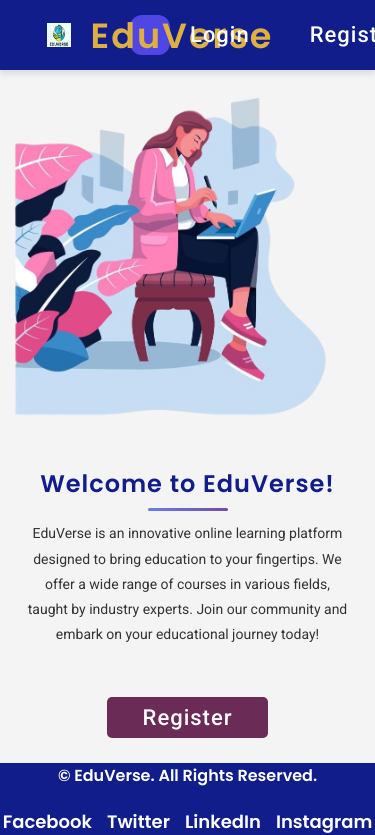
Repository: aviralsaxena16/Eduverse-Elearning-Platform
Page: /
An editor plug-in stored every save of this project. The page is shown before and after a run of saves, followed by the edit.
The browser window is 375 px wide. The pictures show the whole page.
The project was rebuilt for these pictures with package versions that can differ from the ones it lists, and the page was loaded fresh each time. Also part of the build but not shown: vite.config.js, src/pages/LoginPage/Logout.css, src/pages/LoginPage/Logout.jsx, src/components/Side/Sidebar.css, src/components/Side/Sidebar.jsx, src/components/Navbar2/Navbar2.jsx, src/pages/MainPage/BotPage.jsx, src/pages/MainPage/MainPage.jsx and 19 more. Imported but missing from the stored project, and not drawn on this page: src/config.js, src/pages/Profile/ProfilePic.

Above is the page before, as saved 2025-03-21 18:01:52.

### index.html
<!doctype html>
<html lang="en">
  <head>
    <meta charset="UTF-8" />
    <link rel="icon" type="image/svg+xml" href="https://files.oaiusercontent.com/file-NUiUzAsg2Rnv5fLjRKBuEV?se=2025-01-03T04%3A50%3A28Z&sp=r&sv=2024-08-04&sr=b&rscc=max-age%3D604800%2C%20immutable%2C%20private&rscd=attachment%3B%20filename%3D9718d2ac-9ef9-426d-92ea-ecf0daa195a5.webp&sig=QLeTMO/ZWDLyk/UBXh9xFU5B15z5Ib/wuNILqFuiQV8%3D" />
    <meta name="viewport" content="width=device-width, initial-scale=1.0" />
    <link href="https://fonts.googleapis.com/css2?family=Poppins:wght@600&family=Roboto:wght@400;500&display=swap" rel="stylesheet">

    <title>EduVerse</title>
  </head>
  <body>
    <div id="root"></div>
    <script type="module" src="/src/main.jsx"></script>
  </body>
</html>

### src/App.jsx
//import LandingPage from './components/landingPage/LandingPage';
import { BrowserRouter } from 'react-router-dom';
import Routers from './routers/Routers.jsx';
import { AuthProvider } from './context/context.jsx';
const App = () => {
  return (
    <AuthProvider>
    <BrowserRouter>
    <Routers/>
    </BrowserRouter>
    </AuthProvider>
  )
}

export default App

### src/routers/Routers.jsx
import { Routes, Route} from 'react-router-dom';
import LandingPage from '../pages/landingPage/LandingPage.jsx';
import MainPage from '../pages/MainPage/MainPage.jsx';
import GamePage from '../pages/MainPage/GamePage.jsx';
import CoursePage from '../pages/MainPage/CoursePage.jsx';
import QuizPage from '../pages/MainPage/QuizPage/QuizPage.jsx';
import NotificationPage from '../pages/MainPage/NotificationPage.jsx';
import Login from '../pages/LoginPage/Login.jsx';
import Signup from '../pages/SignUp/Signup.jsx';
import Ques from '../pages/MainPage/QuizPage/Ques.jsx';
import ChatRoom from '../pages/MainPage/chatroom/ChatRoom.jsx';
import ProtectedRoute from './ProtectedRoute.jsx';
import VideoDetails from '../pages/MainPage/VideoDetails.jsx';
import Logout from '../pages/LoginPage/Logout.jsx';
import Game_H1 from '../pages/Game/Game_H1.jsx';
import Tictac from '../pages/Game/Tictac.jsx';
import Profile from '../pages/MainPage/Profile.jsx';
const Routers = () => {
  return (
    <Routes>
    <Route path="/" element={<LandingPage />} />
    <Route path="/login" element={<Login />} />
    <Route path="/register" element={<Signup />} />

    {/* Main Routes */}
    <Route path="/home" element={
          <ProtectedRoute>
            <MainPage />
          </ProtectedRoute>
        } />
    <Route path="/home/notification" element={
          <ProtectedRoute>
            <NotificationPage />
          </ProtectedRoute>
        } />
    <Route path="/home/course" element={
          <ProtectedRoute>
            <CoursePage />
          </ProtectedRoute>
        } />

<Route path="/home/course/video/:videoId" element={
          <ProtectedRoute>
            <VideoDetails />
          </ProtectedRoute>
        } />
    <Route path="/home/chat" element={
          <ProtectedRoute>
            <ChatRoom />
          </ProtectedRoute>
        } />
    <Route path="/home/quiz" element={
          <ProtectedRoute>
            <QuizPage />
          </ProtectedRoute>
        } />
    <Route path="/quiz/:id" element={
          <ProtectedRoute>
            <Ques />
          </ProtectedRoute>
        } />

<Route path="/logout" element={
          <ProtectedRoute>
            <Logout />
          </ProtectedRoute>
        } />
<Route path="/home/games" element={
          <ProtectedRoute>
            <GamePage />
          </ProtectedRoute>
        } />
      <Route path="/home/games/rock-paper-scissors" element={
          <ProtectedRoute>
            <Game_H1 />
          </ProtectedRoute>
        } />

<Route path="/home/games/tictac" element={
          <ProtectedRoute>
            <Tictac />
          </ProtectedRoute>
        } />
        <Route path="/home/profile" element={
          <ProtectedRoute>
           <Profile/>
          </ProtectedRoute>
        } />
  </Routes>


  );
};

export default Routers;

### src/context/context.jsx
import { createContext, useState, useContext } from 'react';

const AuthContext = createContext(null);

export const AuthProvider = ({ children }) => {
  const [isAuthenticated, setIsAuthenticated] = useState(false);

  const login = () => setIsAuthenticated(true);
  const logout = () => setIsAuthenticated(false);

  return (
    <AuthContext.Provider value={{ isAuthenticated, login, logout }}>
      {children}
    </AuthContext.Provider>
  );
};

export const useAuth = () => useContext(AuthContext);

### src/pages/landingPage/LandingPage.jsx

import Navbar from "./Navbar";
import Body from "./Body";
import Footer from "./Footer";

const LandingPage = () => {
  return (
    <div className="landing-page">
      <Navbar/>
      <Body/>
      <Footer/>
    </div>
  );
};

export default LandingPage;

### src/pages/landingPage/Navbar.jsx

import { NavLink } from "react-router-dom";
import "./Navbar.css";
import logo from '../../assets/Logo.png'

const Navbar = () => {
  return (
    <nav className="navbar">
      <div className="logo">
        <img src={logo} className="img"/>
          EduVerse</div>
      <ul className="nav-links">
        <li>
          <NavLink to="/login" className="nav-link" activeClassName="active">
            Login
          </NavLink>
        </li>
        <li>
          <NavLink to="/register" className="nav-link" activeClassName="active">
            Register
          </NavLink>
        </li>
      </ul>
    </nav>


  );
};

export default Navbar;

### src/pages/landingPage/Body.jsx

import { NavLink } from "react-router-dom";
import "./Body.css";

import cover from "../../assets/no_bg.png"; // Import the cover image
const Body = () => {
  return (
    <div className="body-section">
      <div className="image-section">
        {/* Use the imported cover image */}
        <img src={cover} alt="Cover" className="cover-image" />
      </div>
      <div className="intro">
        <h1>Welcome to EduVerse!</h1>
        <p>

          EduVerse is an innovative online learning platform designed to bring education to your fingertips. We offer a wide range of courses in various fields, taught by industry experts.  Join our community and embark on your educational journey today!
        </p>
        <button className="sign-in-btn"> <NavLink to="/register" className="nav-link" activeClassName="active">
            Register
          </NavLink></button>

      </div>
    </div>
  );
};

export default Body;

### src/pages/landingPage/Footer.jsx
import "./Footer.css";

const Footer = () => {
  return (
    <footer className="footer">
      <div className="footer-content">
        <p className="footer-text">© EduVerse. All Rights Reserved.</p>
        <span className="social-links">
          <a href="https://www.facebook.com" className="social-icon" target="_blank" rel="noopener noreferrer">Facebook</a>
          <a href="https://twitter.com" className="social-icon" target="_blank" rel="noopener noreferrer">Twitter</a>
          <a href="https://www.linkedin.com" className="social-icon" target="_blank" rel="noopener noreferrer">LinkedIn</a>
          <a href="https://www.instagram.com" className="social-icon" target="_blank" rel="noopener noreferrer">Instagram</a>
        </span>
      </div>
    </footer>
  );
};

export default Footer;

### src/pages/MainPage/QuizPage/quiz.css
.quiz-page {
  display: grid;
  grid-template-columns: repeat(auto-fill, minmax(280px, 1fr));
  gap: 2rem;
  padding: 2rem;
  max-width: 1600px;
  margin: 0 auto;
}


h1 {
  text-align: center;
  margin: 2rem 0;
  color: #2d3748;
  font-size: 2.5rem;
  font-weight: 700;
  position: relative;
}

h1::after {
  content: '';
  position: absolute;
  bottom: -10px;
  left: 50%;
  transform: translateX(-50%);
  width: 100px;
  height: 4px;
  background: linear-gradient(90deg, #667eea, #764ba2);
  border-radius: 2px;
}

.cardd {
  border-radius: 12px;
  overflow: hidden;
  box-shadow: 0 10px 20px rgba(0,0,0,0.1);
  transition: all 0.3s ease;
  cursor: pointer;
  position: relative;
  height: 250px;
}

.cardd:hover {
  transform: translateY(-10px);
  box-shadow: 0 15px 30px rgba(0,0,0,0.2);
}

.cardd::before {
  content: '';
  position: absolute;
  inset: 0;
  background: linear-gradient(to top, rgba(0,0,0,0.8) 0%, rgba(0,0,0,0) 60%);
  z-index: 1;
  opacity: 0.8;
  transition: opacity 0.3s ease;
}

.cardd:hover::before {
  opacity: 0.9;
}

/* Media Queries for Different Screen Sizes */
@media (max-width: 1200px) {
  .quiz-page {
    grid-template-columns: repeat(auto-fill, minmax(250px, 1fr));
    padding: 1.5rem;
  }
}

@media (max-width: 768px) {
  .quiz-page {
    grid-template-columns: repeat(auto-fill, minmax(220px, 1fr));
    gap: 1.5rem;
    padding: 1rem;
  }

  h1 {
    font-size: 2rem;
    margin: 1.5rem 0;
  }
}

@media (max-width: 480px) {
  .quiz-page {
    grid-template-columns: 1fr;
    gap: 1.2rem;
  }

  .cardd {
    height: 200px;
  }

  h1 {
    font-size: 1.8rem;
    margin: 1rem 0;
  }

  h1::after {
    width: 80px;
    height: 3px;
  }
}

/* Additional Styles for Your Card Component */
/* These would integrate with your Card component */
.card-title {
  position: absolute;
  bottom: 20px;
  left: 20px;
  color: white;
  font-size: 1.4rem;
  font-weight: 600;
  z-index: 2;
  transition: transform 0.3s ease;
}

.cardd:hover .card-title {
  transform: translateY(-5px);
}

.card-image {
  width: 100%;
  height: 100%;
  object-fit: cover;
  transition: transform 0.5s ease;
}

.cardd:hover .card-image {
  transform: scale(1.1);
}

### src/pages/MainPage/QuizPage/quiz_ques.css
/* Prevent horizontal scrolling */
html, body {
  margin: 0;
  padding: 0;
  width: 100vw;
  overflow-x: hidden;
}

/* quiz_ques.css */
* {
  margin: 0;
  padding: 0;
  box-sizing: border-box;
  font-family: 'Poppins', sans-serif;
}

.quiz-container {
  min-height: 100vh;
  width: 100%;
  max-width: 100vw;
  background: #f9f9f9;
  padding: 2rem;
  display: flex;
  flex-direction: column;
  align-items: center;
  justify-content: center;
}

.quiz-header {
  width: 100%;
  max-width: 800px;
  text-align: center;
  color: #333;
  margin-bottom: 1.5rem;
}

.quiz-header h1 {
  font-size: 2.5rem;
  margin-bottom: 1rem;
  color: #6c5ce7;
}

.quiz-header p {
  font-size: 1.1rem;
  color: #555;
}

.progress-bar {
  width: 100%;
  height: 8px;
  background: #ddd;
  border-radius: 10px;
  margin: 1.2rem 0;
  overflow: hidden;
}

.progress {
  height: 100%;
  background: #6c5ce7;
  transition: width 0.5s ease;
}

.timer {
  font-size: 1.3rem;
  font-weight: bold;
  color: #fff;
  background: #6c5ce7;
  padding: 0.4rem 1.2rem;
  border-radius: 15px;
  display: inline-block;
  margin: 1rem 0;
}

.quiz-question {
  width: 100%;
  max-width: 800px;
  background: rgba(255, 255, 255, 0.9);
  backdrop-filter: blur(10px);
  padding: 1.5rem;
  border-radius: 15px;
  color: #333;
  font-size: 1.2rem; /* Reduced from 1.3rem */
  line-height: 1.5;
  margin-bottom: 1.5rem;
  text-align: center;
  box-shadow: 0 5px 15px rgba(0, 0, 0, 0.1);
  border: 1px solid rgba(0, 0, 0, 0.1);
}

.quiz-options {
  width: 100%;
  max-width: 800px;
  display: grid;
  gap: 0.8rem; /* Reduced gap */
  margin-bottom: 1.5rem;
}

.quiz-option {
  width: 100%;
  padding: 0.8rem 1.5rem; /* Reduced padding */
  background: white;
  border: 2px solid #6c5ce7;
  border-radius: 10px; /* Slightly smaller */
  color: #333;
  font-size: 1rem; /* Reduced from 1.1rem */
  cursor: pointer;
  transition: all 0.3s ease;
  text-align: left;
}

.quiz-option:hover {
  background: #6c5ce7;
  color: white;
  transform: translateY(-3px);
}

.quiz-option.selected {
  background: #6c5ce7;
  color: white;
  border-color: #6c5ce7;
  transform: translateY(-3px);
  box-shadow: 0 5px 15px rgba(0, 0, 0, 0.2);
}

.next-button {
  width: 100%;
  max-width: 800px;
  padding: 0.8rem; /* Reduced size */
  background: #6c5ce7;
  color: white;
  border: none;
  border-radius: 10px;
  font-size: 1.1rem; /* Slightly smaller */
  font-weight: bold;
  cursor: pointer;
  transition: all 0.3s ease;
  margin-bottom: 1.5rem;
}

.next-button:disabled {
  background: #ccc;
  cursor: not-allowed;
}

.next-button:hover:not(:disabled) {
  transform: translateY(-3px);
  box-shadow: 0 5px 15px rgba(0, 0, 0, 0.2);
}

.quiz-completed {
  text-align: center;
  background: white;
  padding: 2.5rem;
  border-radius: 15px;
  color: #333;
  box-shadow: 0 8px 32px rgba(0, 0, 0, 0.1);
  border: 2px solid #6c5ce7;
  width: 100%;
  max-width: 800px;
}

.quiz-completed h2 {
  font-size: 2.5rem;
  margin-bottom: 1rem;
  color: #6c5ce7;
}

.quiz-completed h3 {
  font-size: 1.8rem;
  color: #333;
}

.quiz-footer {
  width: 100%;
  max-width: 800px;
  text-align: center;
  color: #777;
  font-style: italic;
}

@media (max-width: 850px) {
  .quiz-container {
    padding: 1rem;
  }

  .quiz-header h1 {
    font-size: 2rem;
  }

  .quiz-question {
    font-size: 1.1rem; /* Smaller on smaller screens */
    padding: 1.2rem;
  }

  .quiz-option {
    padding: 0.7rem 1.2rem; /* Adjusted */
    font-size: 0.95rem;
  }

  .quiz-completed {
    margin: 1rem;
    padding: 2rem;
  }
}

@media (max-width: 480px) {
  .quiz-header h1 {
    font-size: 1.8rem;
  }

  .quiz-question {
    font-size: 1rem;
    padding: 1rem;
  }

  .quiz-option {
    font-size: 0.9rem;
  }

  .quiz-completed h2 {
    font-size: 2rem;
  }

  .quiz-completed h3 {
    font-size: 1.5rem;
  }
}

### src/pages/Game/Game_H1.css
/* General Styling */
body {
    font-family: Arial, sans-serif;
    background-color: #f0f8f8;
    margin: 0;
    padding: 0;
  }

  /* Game Container */
  .game-container {
    min-height: 100vh;
          display: flex;
          flex-direction: column;
          align-items: center;
          background: #0f0c29;
          position: relative;
          overflow: hidden;
          padding: 40px 20px;
          text-align: center;
          font-family: 'Poppins', sans-serif;
  }

  /* Title */
  .game-title {
    color: #101d8a;
    font-size: 24px;
    font-weight: bold;
    margin-bottom: 20px;
  }

  /* Choices */
  .choices-container {
    display: flex;
    justify-content: center;
    gap: 15px;
    margin-bottom: 20px;
  }
  .choice-button { background: white; border: 2px solid #ddd; width: 200px; height: 200px; display: flex; justify-content: center; align-items: center; cursor: pointer; transition: all 0.3s ease; padding: 1rem; }

.choice-button:hover { transform: scale(1.1); border-color: #007bff; box-shadow: 0 6px 12px rgba(0, 0, 0, 0.1); }

.choice-image { width: 100%; height: 100%; }

.score-container { display: flex; justify-content: center; gap: 4rem; margin-bottom: 2rem; }



.score {
  text-align: center;
  padding: 1rem 2rem;
  border-radius: 8px;
  background-color: white;
  box-shadow: 0 2px 4px rgba(0, 0, 0, 0.1);
}

.score p:first-child {
  font-size: 2.5rem;
  font-weight: bold;
  margin: 0;
  color: #007bff;
}

.score p:last-child {
  margin: 0;
  color: #555;
  font-weight: bold;
}

.message-container {
  padding: 1rem;
  background-color: white;
  border-radius: 8px;
  box-shadow: 0 2px 4px rgba(0, 0, 0, 0.1);
}

.message-container p {
  font-size: 1.2rem;
  color: #333;
  margin: 0;
  font-weight: 500;
}

### src/pages/MainPage/Profile.css
:root {
  --primary-blue: #101d8a;
  --secondary-blue: #1a2ba3;
  --light-blue: #f0f2ff;
  --text-dark: #1a1a2e;
  --text-light: #4a4a68;
  --border-radius: 12px;
  --box-shadow: 0 10px 25px rgba(16, 29, 138, 0.15);
}

.profile-page-container {
  margin: auto;
  width: 60vw;
  max-width: 900px;
  background: white;
  border-radius: var(--border-radius);
  box-shadow: var(--box-shadow);
  padding: 2rem;
  text-align: center;
}

/* HEADER SECTION */
.profile-header {
  display: flex;
  align-items: center;
  justify-content: space-between;
  background: linear-gradient(135deg, var(--primary-blue), var(--secondary-blue));
  color: white;
  padding: 2rem;
  border-radius: var(--border-radius);
  text-align: left;
  position: relative;
}

.profile-info {
  display: flex;
  align-items: center;
  gap: 1rem;
}

/* PROFILE PICTURE */

/* PROFILE INFO CONTAINER */
.profile-info {
  display: flex;
  align-items: center;
  gap: 1.5rem; /* Adjusted spacing */
}


/* USER DETAILS */
.user-details {
  display: flex;
  flex-direction: column;
}

.user-details h2 {
  margin: 0;
  font-size: 1.8rem;
}

.email-link a {
  color: yellow;
  font-size: 1rem;
  text-decoration: none;
}

.email-link a:hover {
  text-decoration: underline;
}

/* PROFILE DETAILS SECTION */
.profile-details {
  margin-top: 2rem;
  text-align: left;
}

.profile-details label {
  font-weight: bold;
  display: block;
  margin-bottom: 0.3rem;
}

.profile-details p {
  background: var(--light-blue);
  padding: 0.7rem;
  border-radius: 8px;
}

/* BUTTON STYLING */
.button-container {
  display: flex;
  gap: 15px; /* Adjust spacing between buttons */
}

.edit-button,
.save-button {
  margin-top: 1rem;
  background-color: var(--primary-blue);
  color: white;
  border: none;
  padding: 0.6rem 1.5rem;
  border-radius: 8px;
  cursor: pointer;
  transition: all 0.3s ease;
}

.edit-button:hover,
.save-button:hover {
  background-color: var(--secondary-blue);
  transform: translateY(-2px);
}

### src/pages/landingPage/Navbar.css
/* Navbar.css */
.navbar {
  display: flex;
  justify-content: space-between;
  align-items: center;
  padding: 15px 30px;
  background-color: #101d8a; /* Teal background */
  color: white;
  box-shadow: 0 4px 6px rgba(0, 0, 0, 0.1);
}

.img{
  margin-left:20px;
  margin-right:20px;
}
.navbar .logo {
  margin-left: 100px;
  font-family: 'Poppins', sans-serif;
  font-size: 35px;
  font-weight: 600;
  color: #DEB041; /* Gold color for logo */
  letter-spacing: 2px;
}

.nav-links {
  list-style: none;
  display: flex;
  gap: 20px;
}

.nav-link {
  text-decoration: none;
  color: white;
  font-family: 'Roboto', sans-serif;
  font-size: 22px;
  font-weight: 500;
  padding: 10px 20px;
  border-radius: 5px;
  transition: background-color 0.3s ease;
  letter-spacing: 1px;
}

.nav-link:hover {
  background-color: #6A2B56; /* Purple hover effect */
}

.active {
  background-color: #DEB041; /* Gold active link color */
}

### src/pages/landingPage/Body.css
/* Body.css */
.body-section {
  display: flex;
  flex-direction: row;
  justify-content: space-between;
  align-items: center;

  background-color: #f4f4f4;
  padding: 0; /* Remove extra padding from body */
  margin: 0; /* Remove margin */
}

.image-section {
  flex: 0.8;
  display: flex;
  align-items: flex-start;
  margin: 0; /* Remove any margin */
  padding: 0; /* Remove padding */
}

.cover-image {
  width: 100%;
  height: auto;
  margin: 0; /* Remove margin */
  padding: 0; /* Remove padding */

}

.cover-image::after {
  content: "";
  position: absolute;
  top: 0;
  left: 0;
  right: 0;
  bottom: 0;
  background: rgba(0, 0, 0, 0.4); /* Dark overlay for better text readability */
  border-radius: 10px;
}

.intro {
  flex: 1;
  padding: 20px;
  text-align: left;
  z-index: 10;
  display: flex;
  flex-direction: column;
  justify-content: center;
  align-items: center;
}

.intro h1 {
  font-family: 'Poppins', sans-serif;
  font-size: 40px;
  font-weight: 600;
  color: #101d8a;
  letter-spacing: 1px;
  margin-bottom: 20px;
}

.intro p {
  font-family: 'Roboto', sans-serif;
  font-size: 18px;
  color: #333;
  line-height: 1.8;
  margin-bottom: 40px;
  text-align: center; /* Center the text */
}

.sign-in-btn {
  padding: 15px 30px;
  background-color: #6A2B56; /* Purple button */
  color: white;
  border: none;
  border-radius: 5px;
  font-family: 'Roboto', sans-serif;
  font-size: 18px;
  cursor: pointer;
  transition: all 0.3s ease;
  letter-spacing: 1px;
  margin-top: 20px; /* Space above the button */
}

.sign-in-btn:hover {
  background-color: #DEB041; /* Gold hover effect */
  transform: scale(1.05);
  box-shadow: 0 4px 8px rgba(0, 0, 0, 0.2);
}

.sign-in-btn .nav-link {
  color: white;
  text-decoration: none;
}

.sign-in-btn .nav-link:hover {
  color: white;
}
@media (max-width: 1024px) {
  .body-section {
    flex-direction: column;
    align-items: center;
    text-align: center;
  }

  .image-section {
    flex: 1;
    justify-content: center;
  }

  .intro {
    flex: 1;
    padding: 15px;
    text-align: center;
  }

  .intro h1 {
    font-size: 35px;
  }

  .intro p {
    font-size: 16px;
  }

  .sign-in-btn {
    font-size: 16px;
    padding: 12px 25px;
  }
}

@media (max-width: 768px) {
  .intro h1 {
    font-size: 28px;
  }

  .intro p {
    font-size: 14px;
    margin-bottom: 30px;
  }

  .sign-in-btn {
    font-size: 14px;
    padding: 10px 20px;
  }
}

@media (max-width: 480px) {
  .body-section {
    flex-direction: column;
    padding: 10px;
  }

  .intro h1 {
    font-size: 24px;
  }

  .intro p {
    font-size: 14px;
  }

  .sign-in-btn {
    font-size: 14px;
    padding: 8px 16px;
  }
}

### src/pages/landingPage/Footer.css
/* Footer.css */
.footer {
  background-color: #101d8a; /* Teal background */
  color: white;

  text-align: center;
}

.footer-text {
  font-size: 16px;
  font-weight: 400;
  margin-bottom: 20px;
}

.social-links {
  display: flex;
  justify-content: center;
  gap: 15px;
}

.social-icon {
  color: white;
  font-size: 18px;
  text-decoration: none;
  transition: color 0.3s ease;
}

.social-icon:hover {
  color: #DEB041; /* Gold color on hover */
}

### src/components/Navbar2/Navbar2.css
/* Navbar2.css */

body {
  margin: 0;
  font-family: 'Poppins', sans-serif;
}

nav {
  background:  #101d8a; /* Solid teal background */
  color: white;
  padding: 10px 20px;
  box-shadow: 0 4px 8px rgba(0, 0, 0, 0.2);
  position: sticky;
  top: 0;
  z-index: 1000;
}

.Nav2 {
  display: flex;
  align-items: center;
  justify-content: space-between;
  list-style: none;
  margin: 0;
  padding: 0;
}

.Nav2 li {
  display: inline-flex;
  align-items: center;
  justify-content: center;
  color: white;
  cursor: pointer;
  font-size: 24px;
  /* padding: 10px; */
  transition: all 0.3s ease;
}

.Nav2 li:hover {
  color: #DEB041; /* Gold hover effect */
}

.bars {
  font-size: 26px;
  margin-right: 85vw;
}

.search-container {
  display: flex;
  align-items: center;
  flex-grow: 1;
  margin: 0 20px;
}

.search-icon {
  font-size: 20px;
  color: white;
  margin-right: 8px;
}

.search-bar {
  width: 100%;
  max-width: 300px;
  padding: 8px 12px;
  font-size: 16px;
  border: 1px solid transparent;
  border-radius: 20px;
  background: rgba(255, 255, 255, 0.1);
  color: white;
  outline: none;
  transition: background 0.3s ease, box-shadow 0.3s ease;
}

.search-bar::placeholder {
  color: rgba(255, 255, 255, 0.6);
}

.search-bar:focus {
  background: white;
  color: #333;
  box-shadow: 0 0 8px rgba(255, 255, 255, 0.6);
}

.home, .profile {
  font-size: 26px;
}

.home{
  margin-right:0px;
}

@media screen and (max-width: 768px) {
  nav {
    background: #101d8a;
    color: white;
    padding: 10px 20px;
    box-shadow: 0 4px 8px rgba(0, 0, 0, 0.2);
    position: sticky;
    top: 0;
    z-index: 1000;
    width: 100%;
    box-sizing: border-box;
  }

  .Nav2 {
    flex-direction: row;
    gap: 5px;
    justify-content: space-between;
    width: 100%;
  }

  .search-container {
    flex-grow: 1;
    width: auto;
    margin: 0 10px;
  }

  .search-bar {
    max-width: 150px;
  }

  .bars {
    font-size: 20px;
    margin-right: 0;
  }

  .home, .profile {
    font-size: 20px;
    display: flex;
  }
}
/* Add a smaller breakpoint for very small screens */
@media screen and (max-width: 480px) {
  .search-bar {
    max-width: 120px;
  }

  .bars,
  .home,
  .profile {
    font-size: 18px;
  }
}

Loaded but not shown: src/main.jsx (common file); src/pages/LoginPage/Login.css (390 lines, source omitted); src/index.css (no stored copy; drawn as an empty file)

After the next 2 saves:
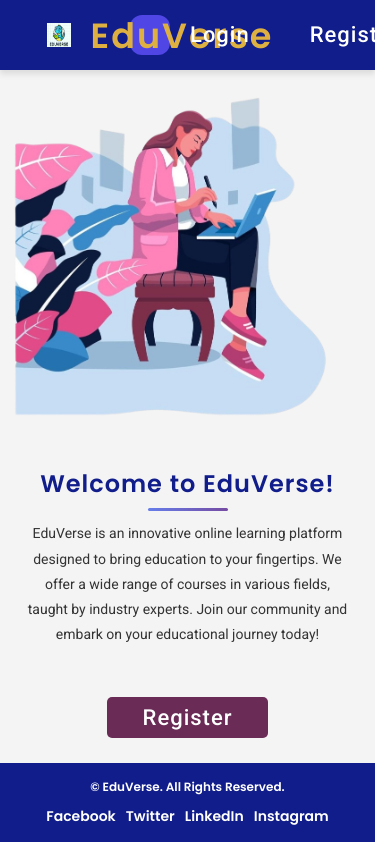
The 2 saves are shown as one change because they came seconds apart.
The last was saved 45 s later.
--- a/src/pages/landingPage/Footer.css
+++ b/src/pages/landingPage/Footer.css
@@ -28,3 +28,33 @@
 .social-icon:hover {
   color: #DEB041; /* Gold color on hover */
 }
+
+@media (max-width: 768px) {
+  .footer-text {
+    font-size: 14px;
+    margin-bottom: 15px;
+  }
+
+  .social-links {
+    gap: 10px;
+  }
+
+  .social-icon {
+    font-size: 16px;
+  }
+}
+
+@media (max-width: 480px) {
+  .footer {
+    padding: 15px;
+  }
+
+  .footer-text {
+    font-size: 12px;
+    margin-bottom: 10px;
+  }
+
+  .social-icon {
+    font-size: 14px;
+  }
+}
